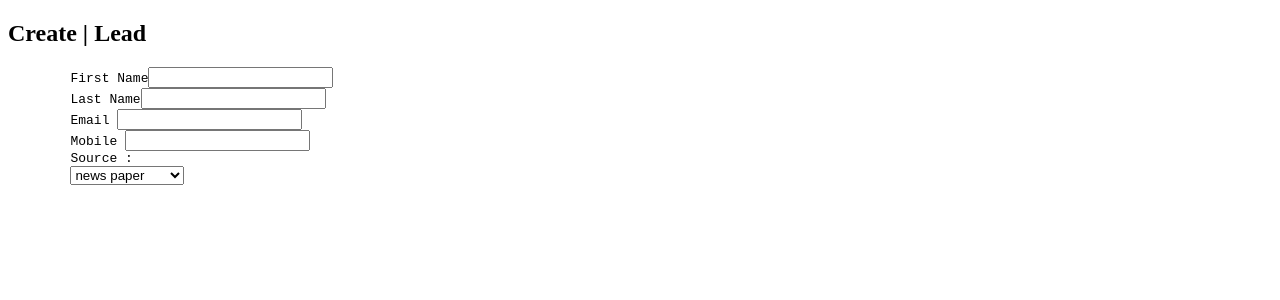
Repository: aniket-9211/zohocrmapp2
Page: http://localhost/zohocrmapp1/WEB-INF/jsps/create_lead.jsp
An editor plug-in stored every save of this project. The page is shown before and after the next save, followed by the edit.
The browser window is 1280 px wide. The pictures show the whole page.
The page is served by Tomcat 9. Nobody is signed in. Other server files are loaded and not shown. The template is opened directly, without the code that normally fills it, so the values that code supplies are empty.

Above is the page before, as saved 2022-09-21 23:01:29.

### zohocrmapp1/src/main/webapp/WEB-INF/jsps/create_lead.jsp
<%@ page language="java" contentType="text/html; charset=ISO-8859-1"
    pageEncoding="ISO-8859-1"%>
<!DOCTYPE html>
<html>
<head>
<meta charset="ISO-8859-1">
<title>create</title>
</head>
<body>
<h2>Create | Lead</h2>
<form>

<pre>
	First Name<input type = "text" name = "firstName"/>
	Last Name<input type = "text" name = "lastName"/>
	Email <input type = "email" name = "email"/>
	Mobile <input type = "number" name = "mobile"/>
	Source :
	<select name="source">
  		<option value="newspaper">news paper</option>
 		 <option value="tv commercial">TV Commercial</option>
 		 <option value="online">Online</option>
 		 <option value="seminar">Seminar</option>
	</select>
	</pre>

</form>
</body>
</html>

After the next save:
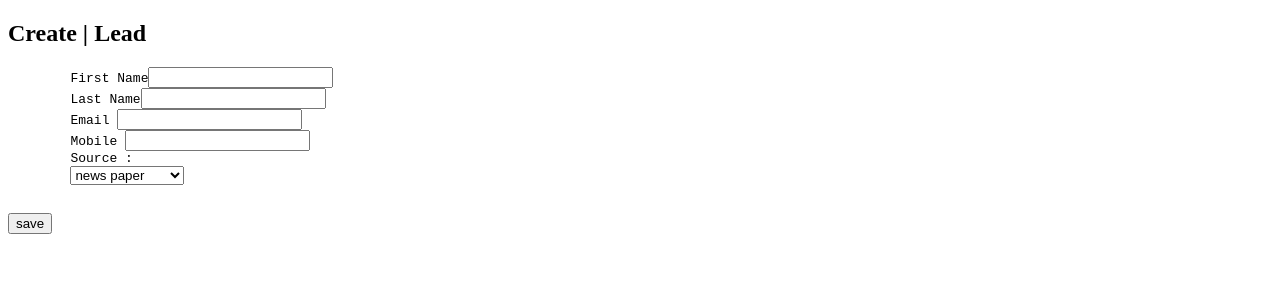
Saved 22 s later.
--- a/zohocrmapp1/src/main/webapp/WEB-INF/jsps/create_lead.jsp
+++ b/zohocrmapp1/src/main/webapp/WEB-INF/jsps/create_lead.jsp
@@ -23,7 +23,7 @@
  		 <option value="seminar">Seminar</option>
 	</select>
 	</pre>
-
+	<input type = "submit" value = "save"/>
 </form>
 </body>
 </html>
